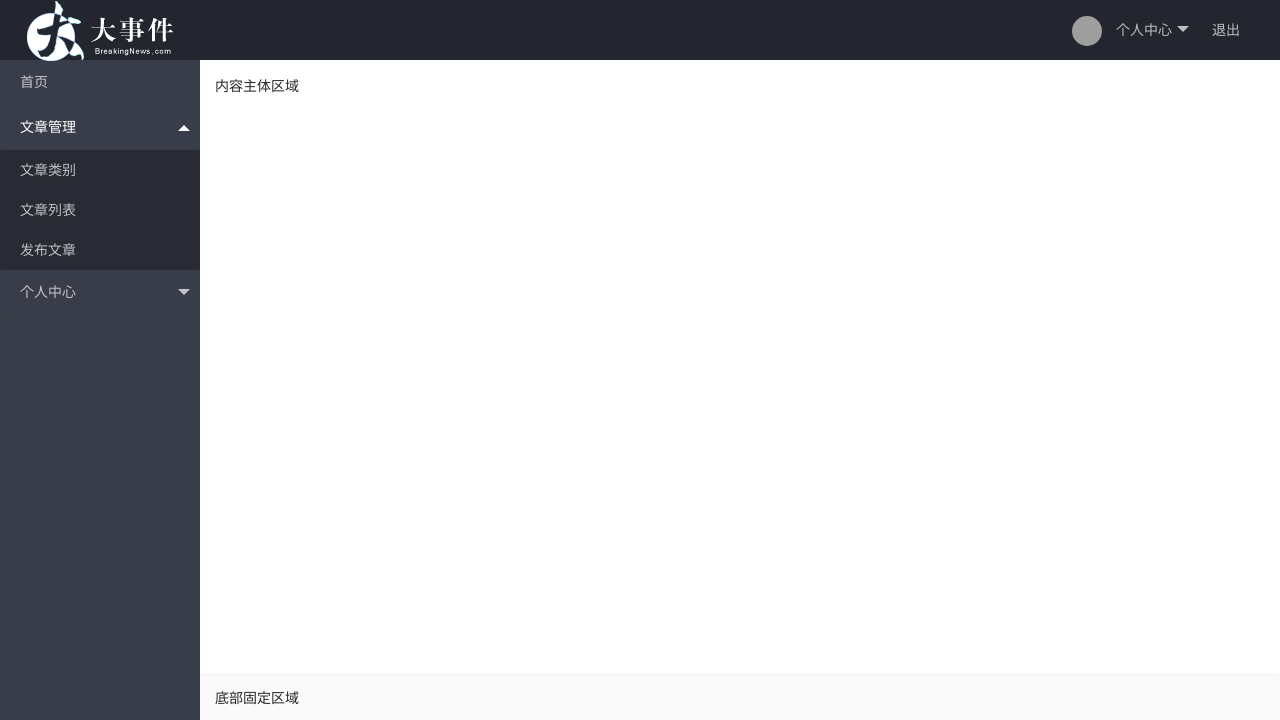
Repository: 1zhoukexin/web_aad
Page: index.html
An editor plug-in stored every save of this project. The page is shown before and after the next save, followed by the edit.
The browser window is 1280 px wide. The pictures show the whole page.
Pictures or frames that could not be fetched are drawn as grey boxes.

Above is the page before, as saved 2021-04-16 19:47:19.

After the next save:
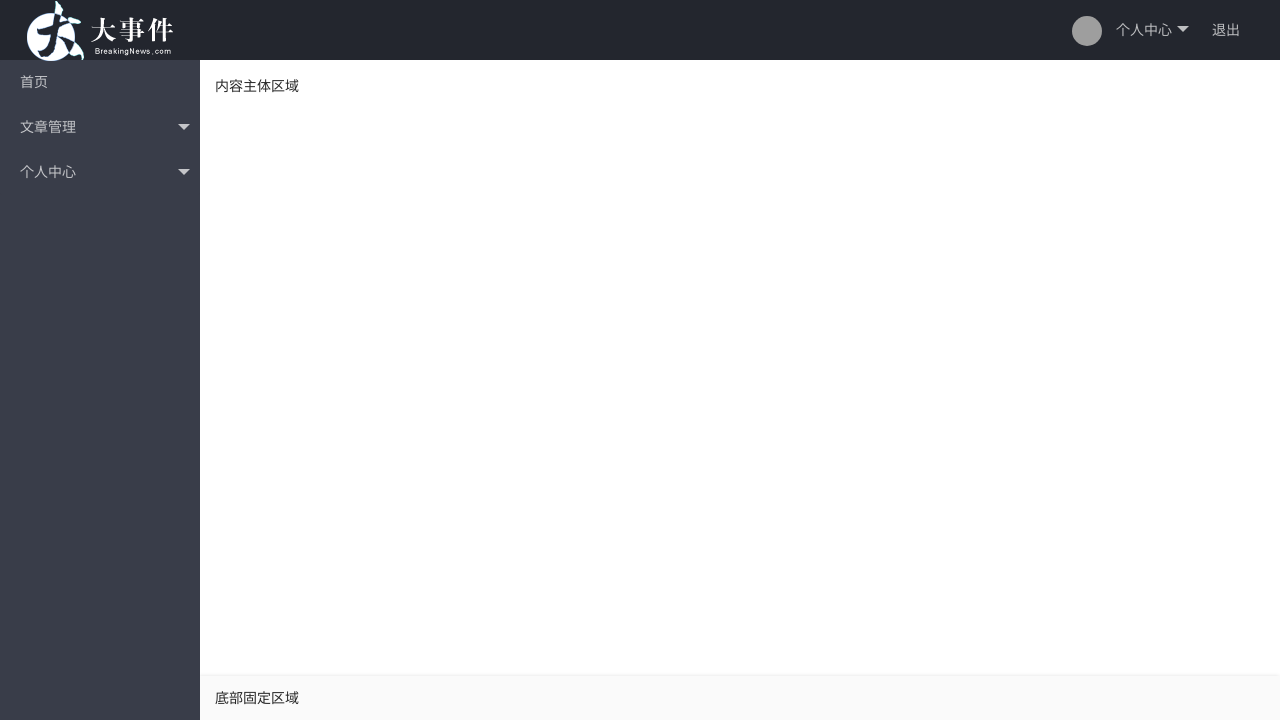
Saved 47 s later.
--- a/index.html
+++ b/index.html
@@ -36,7 +36,7 @@
                 <!-- 左侧导航区域（可配合layui已有的垂直导航） -->
                 <ul class="layui-nav layui-nav-tree" lay-filter="test">
                     <li class="layui-nav-item"><a href="javascript:;">首页</a></li>
-                    <li class="layui-nav-item layui-nav-itemed">
+                    <li class="layui-nav-item">
                         <a class="" href="javascript:;">文章管理</a>
                         <dl class="layui-nav-child">
                             <dd><a href="javascript:;">文章类别</a></dd>
